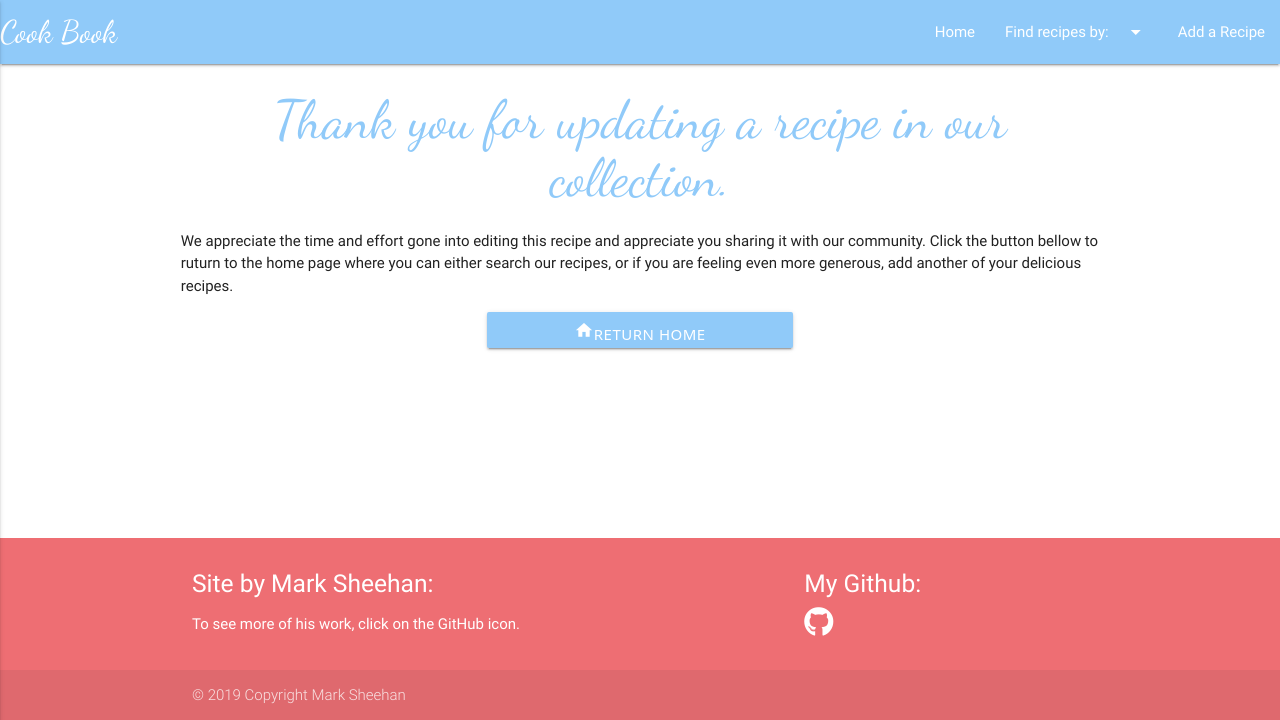
Repository: MarkSheehan72/milestone-project-3
Page: http://localhost/thanks_update
The author's editor kept a record of every edit. The page is drawn from the files as they stood at one moment, then again after the next edit.
The browser window is 1280 px wide. The pictures show the whole page.
Some web fonts or font styles are not loaded; a fallback is used. Some web libraries are served in a nearby version. The page is served by the project's application, run on Flask 3 (app.py).

Above is the page before.

After the next edit:
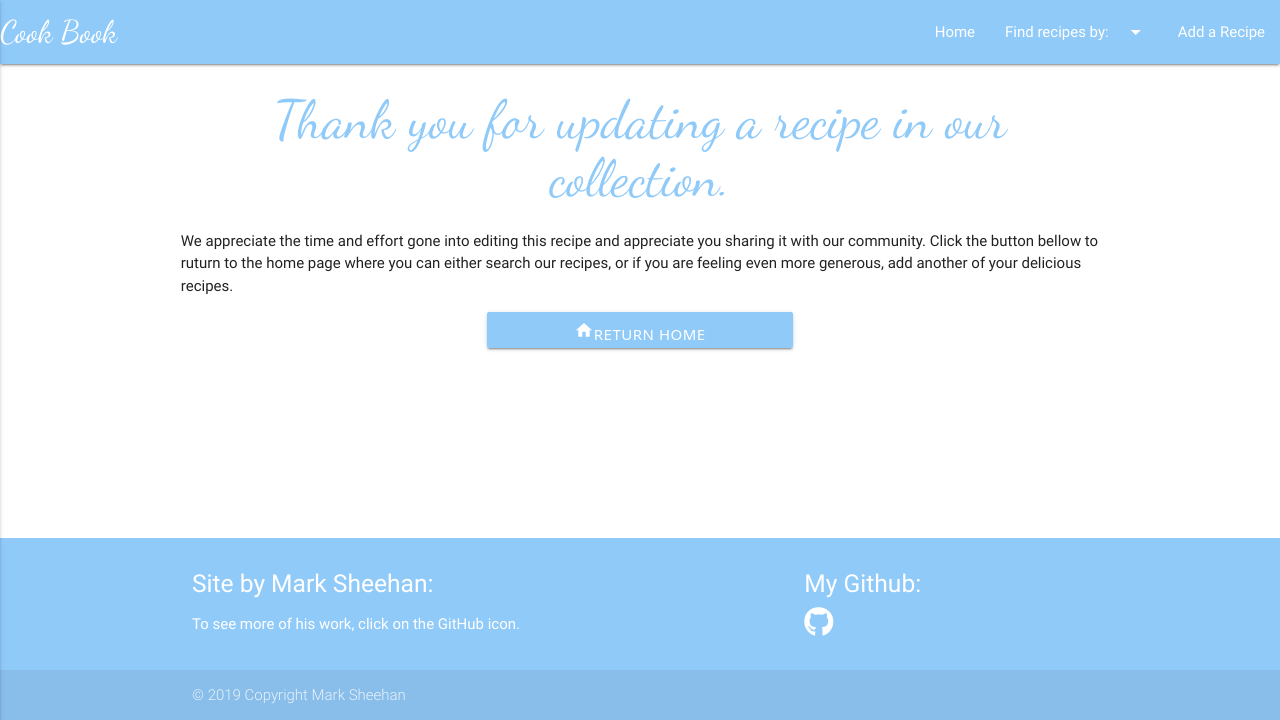
The edit:
--- a/templates/base.html
+++ b/templates/base.html
@@ -56,7 +56,7 @@
         </div>
     </main>
 
-    <footer class="page-footer">
+    <footer class="page-footer blue lighten-3">
         <div class="container">
             <div class="row">
                 <div class="col l6 s12">
